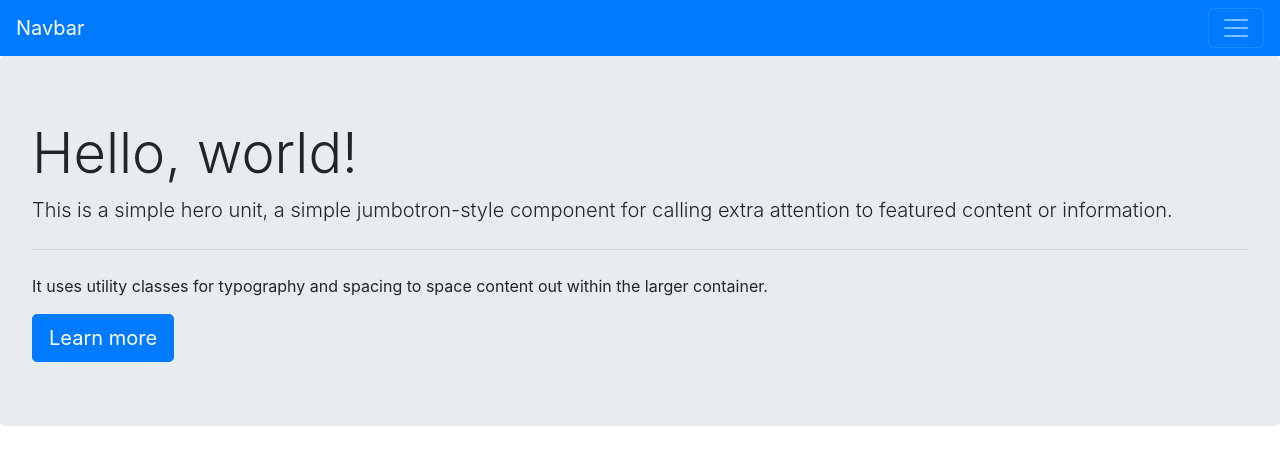
Repository: Nilda-hub/HTML
Page: http://localhost/index
These files come from the project's save history. The page is drawn as it stood at one moment and after the next save; the edit follows.
The browser window is 1280 px wide. The pictures show the whole page.
The page is this project's Thymeleaf template; nobody is signed in. The template is opened directly, without the code that normally fills it, so the values that code supplies are empty.

Above is the page before, as saved 2021-10-22 03:56:17.

After the next save:
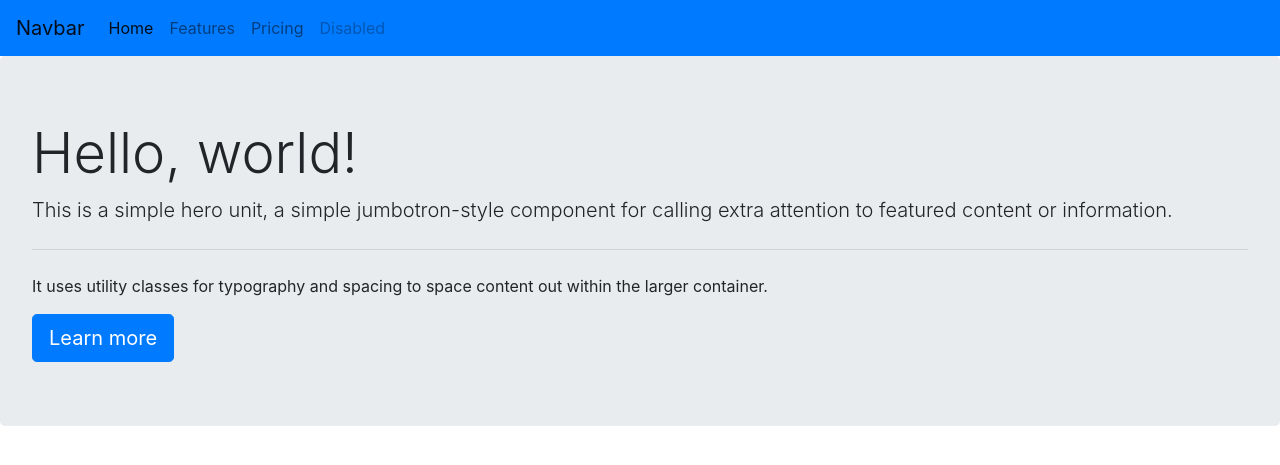
Saved 86 s later.
--- a/Springboot-Workspace/demo/src/main/resources/templates/index.html
+++ b/Springboot-Workspace/demo/src/main/resources/templates/index.html
@@ -7,7 +7,7 @@
     <title>Curso Spring Boot</title>
   </head>
   <body>
-   <nav class="navbar navbar-dark bg-primary">
+   <nav class="navbar navbar-expand-lg navbar-light bg-primary">
   <a class="navbar-brand" href="#">Navbar</a>
   <button class="navbar-toggler" type="button" data-toggle="collapse" data-target="#navbarNav" aria-controls="navbarNav" aria-expanded="false" aria-label="Toggle navigation">
     <span class="navbar-toggler-icon"></span>
